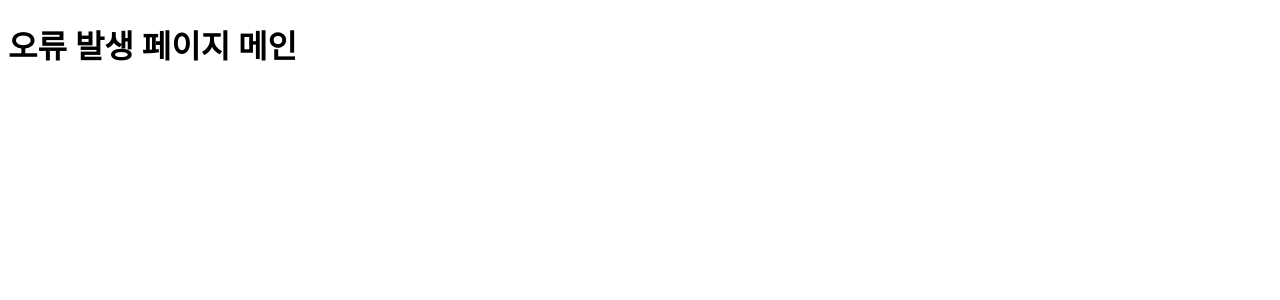
Repository: SanctusAlbino/Jsp_Servlet
Page: http://localhost/03.Tag/02.Directive/Ex02_ErrorMain.jsp
The author's editor kept a copy of each file at every save. The page is drawn from the files as they stood at one save, then again after the next save.
The browser window is 1280 px wide. The pictures show the whole page.
The page is served by Tomcat 9.

Above is the page before, as saved 2023-05-19 02:50:50.

After the next save:
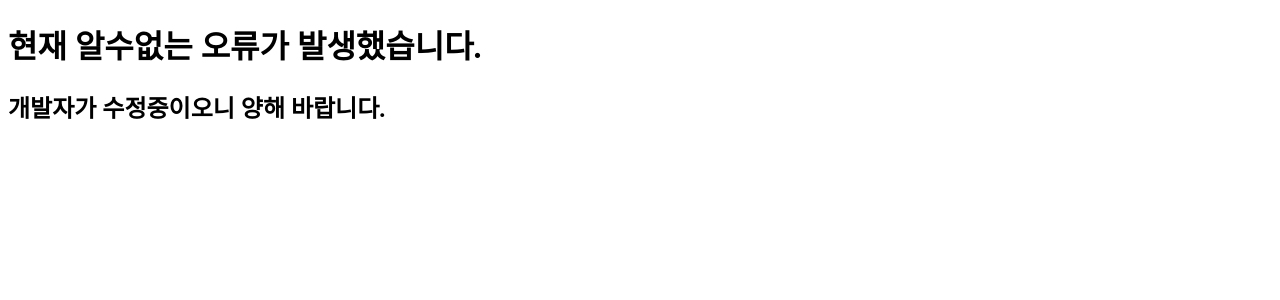
Saved 2 min 17 s later.
--- a/03.Tag/src/main/webapp/02.Directive/Ex02_ErrorMain.jsp
+++ b/03.Tag/src/main/webapp/02.Directive/Ex02_ErrorMain.jsp
@@ -9,7 +9,8 @@
 <body>
 <%@ page errorPage="Ex02_Error.jsp" %>
 	<!-- 자바코드로 오류를 발생시키기  -->
-	<% %>
+	<% String str = null;
+	str.length();%>
 	<h1>오류 발생 페이지 메인</h1>
 
 
